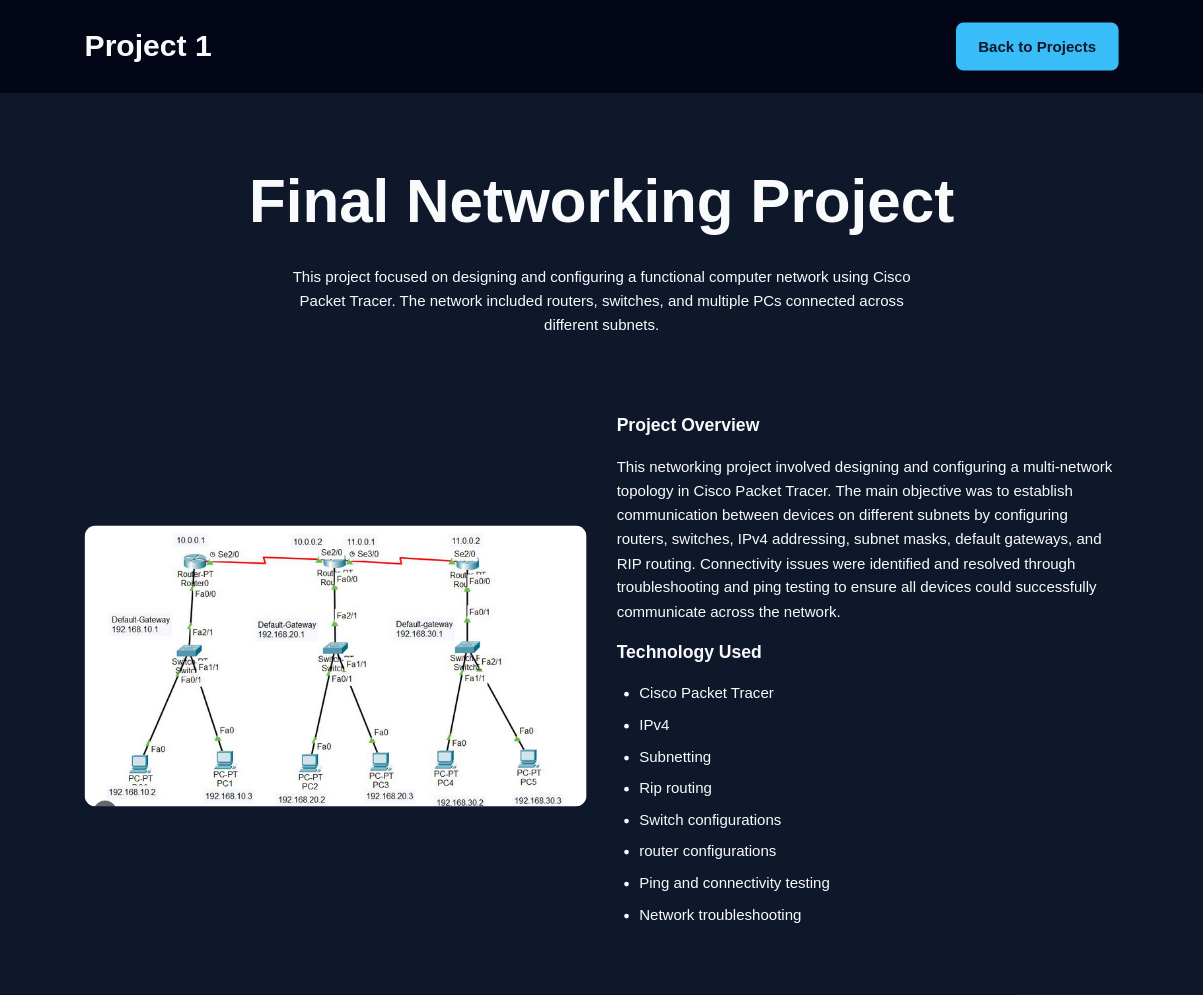
Repository: sergerevkov/Serge_Revkov
Page: pages/project-name-1.html
The author's editor kept a copy of each file at every save. The page is drawn from the files as they stood at one save, then again after the next save.
The browser window is 1280 px wide. The pictures show the whole page, at 94% of full size.

Above is the page before, as saved 2026-05-14 06:37:18.

### pages/project-name-1.html
<html lang="en">
  <head>
    <meta charset="UTF-8" />
    <meta name="viewport" content="width=device-width, initial-scale=1.0" />
    <title>Portfolio Website Project</title>
    <link rel="stylesheet" href="global.css" />
    <link rel="stylesheet" href="index.css" />
  </head>
  <body>
    <header class="header">
      <nav class="nav container">
        <h1 class="logo">Project 1</h1>
        <a href="../index.html" class="btn"> Back to Projects </a>
      </nav>
    </header>
    <main class="container">
      <section class="hero">
        <div class="hero-content">
          <h2>Final Networking Project</h2>

          <p>
            This project focused on designing and configuring a functional
            computer network using Cisco Packet Tracer. The network included
            routers, switches, and multiple PCs connected across different
            subnets.
          </p>
        </div>
      </section>
      <section class="project-layout">
        <img src="networkingpt2.png" alt="Portfolio website full preview" />
        <div>
          <h3>Project Overview</h3>
          <p>
            This networking project involved designing and configuring a
            multi-network topology in Cisco Packet Tracer. The main objective
            was to establish communication between devices on different subnets
            by configuring routers, switches, IPv4 addressing, subnet masks,
            default gateways, and RIP routing. Connectivity issues were
            identified and resolved through troubleshooting and ping testing to
            ensure all devices could successfully communicate across the
            network.
          </p>
          <h3>Technology Used</h3>
          <ul class="tech-list">
            <li>Cisco Packet Tracer</li>
            <li>IPv4</li>
            <li>Subnetting</li>
            <li>Rip routing</li>
            <li>Switch configurations</li>
            <li>router configurations</li>
            <li>Ping and connectivity testing</li>
            <li>Network troubleshooting</li>
          </ul>
        </div>
      </section>
    </main>
  </body>
</html>

### pages/global.css
* {
  margin: 0;
  padding: 0;
  box-sizing: border-box;
}

html {
  scroll-behavior: smooth;
}

body {
  font-family: Arial, Helvetica, sans-serif;
  line-height: 1.6;
  background-color: #0f172a;
  color: #f8fafc;
}

img {
  max-width: 100%;
  display: block;
}

a {
  text-decoration: none;
  color: inherit;
}

.container {
  width: min(1100px, 90%);
  margin: 0 auto;
}

.btn {
  display: inline-block;
  padding: 0.8rem 1.5rem;
  background-color: #38bdf8;
  color: #0f172a;
  border-radius: 8px;
  font-weight: bold;
  transition: 0.3s;
}

.btn:hover,
.btn:focus {
  opacity: 0.9;
}

### pages/index.css
.header {
  background-color: #020617;
  padding: 1.5rem 0;
}

.nav {
  display: flex;
  flex-direction: column;
  align-items: center;
  gap: 1rem;
}

.logo {
  font-size: 2rem;
}

.hero {
  min-height: 40vh;
  display: flex;
  align-items: center;
  justify-content: center;
  text-align: center;
  padding: 4rem 0;
}

.hero-content h2 {
  font-size: 2.5rem;
  margin-bottom: 1rem;
}

.hero-content p {
  max-width: 700px;
  margin: 0 auto;
}

.project-layout {
  display: grid;
  grid-template-columns: 1fr;
  gap: 2rem;
  padding-bottom: 4rem;
}

.project-layout img {
  border-radius: 12px;
}

.project-layout h3 {
  margin-bottom: 1rem;
  margin-top: 1rem;
}

.project-layout p {
  margin-bottom: 1rem;
}

.tech-list {
  padding-left: 1.5rem;
}

.tech-list li {
  margin-bottom: 0.5rem;
}

@media (min-width: 768px) {
  .nav {
    flex-direction: row;
    justify-content: space-between;
  }

  .hero-content h2 {
    font-size: 4rem;
  }

  .project-layout {
    grid-template-columns: repeat(2, 1fr);
    align-items: center;
  }
}

After the next save:
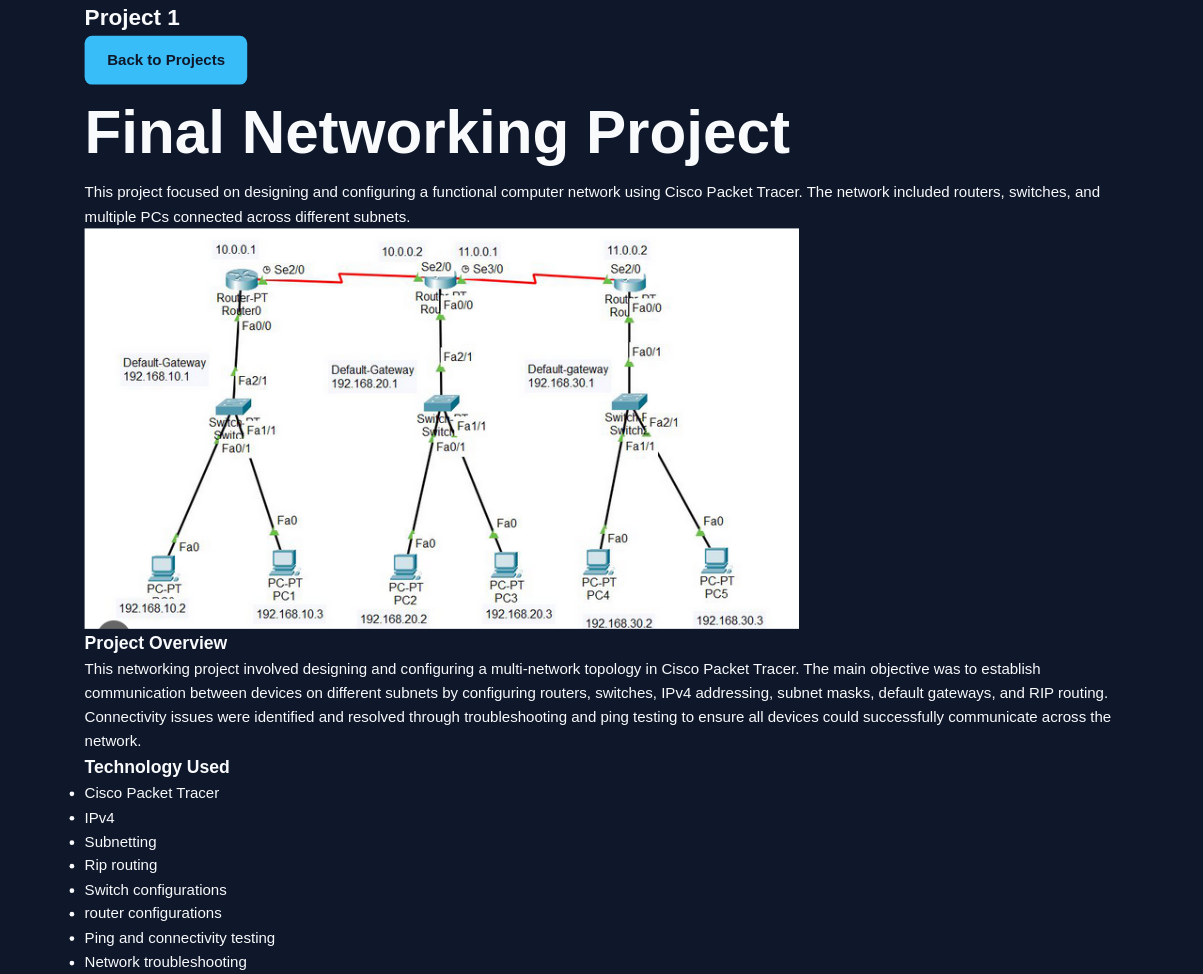
Saved 11 min 26 s later.
--- a/pages/index.css
+++ b/pages/index.css
@@ -1,78 +1,36 @@
-.header {
-  background-color: #020617;
-  padding: 1.5rem 0;
+html {
+  scroll-behavior: smooth;
 }
-
-.nav {
-  display: flex;
-  flex-direction: column;
-  align-items: center;
-  gap: 1rem;
+.btn:focus {
+  opacity: 0.9;
 }
-
-.logo {
-  font-size: 2rem;
-}
-
-.hero {
-  min-height: 40vh;
-  display: flex;
-  align-items: center;
-  justify-content: center;
-  text-align: center;
-  padding: 4rem 0;
-}
-
-.hero-content h2 {
-  font-size: 2.5rem;
-  margin-bottom: 1rem;
-}
-
-.hero-content p {
-  max-width: 700px;
-  margin: 0 auto;
-}
-
-.project-layout {
-  display: grid;
-  grid-template-columns: 1fr;
-  gap: 2rem;
-  padding-bottom: 4rem;
-}
-
-.project-layout img {
-  border-radius: 12px;
-}
-
-.project-layout h3 {
-  margin-bottom: 1rem;
-  margin-top: 1rem;
-}
-
-.project-layout p {
-  margin-bottom: 1rem;
-}
-
-.tech-list {
-  padding-left: 1.5rem;
-}
-
-.tech-list li {
-  margin-bottom: 0.5rem;
-}
-
 @media (min-width: 768px) {
   .nav {
     flex-direction: row;
     justify-content: space-between;
   }
 
-  .hero-content h2 {
-    font-size: 4rem;
-  }
-
   .project-layout {
     grid-template-columns: repeat(2, 1fr);
     align-items: center;
   }
+
+  .hero-content h2 {
+    font-size: 4rem;
+  }
 }
+@media (min-width: 768px) {
+  .nav {
+    flex-direction: row;
+    justify-content: space-between;
+  }
+
+  .projects-grid {
+    grid-template-columns: repeat(2, 1fr);
+  }
+}
+@media (min-width: 1024px) {
+  .projects-grid {
+    grid-template-columns: repeat(3, 1fr);
+  }
+}

After the save that followed:
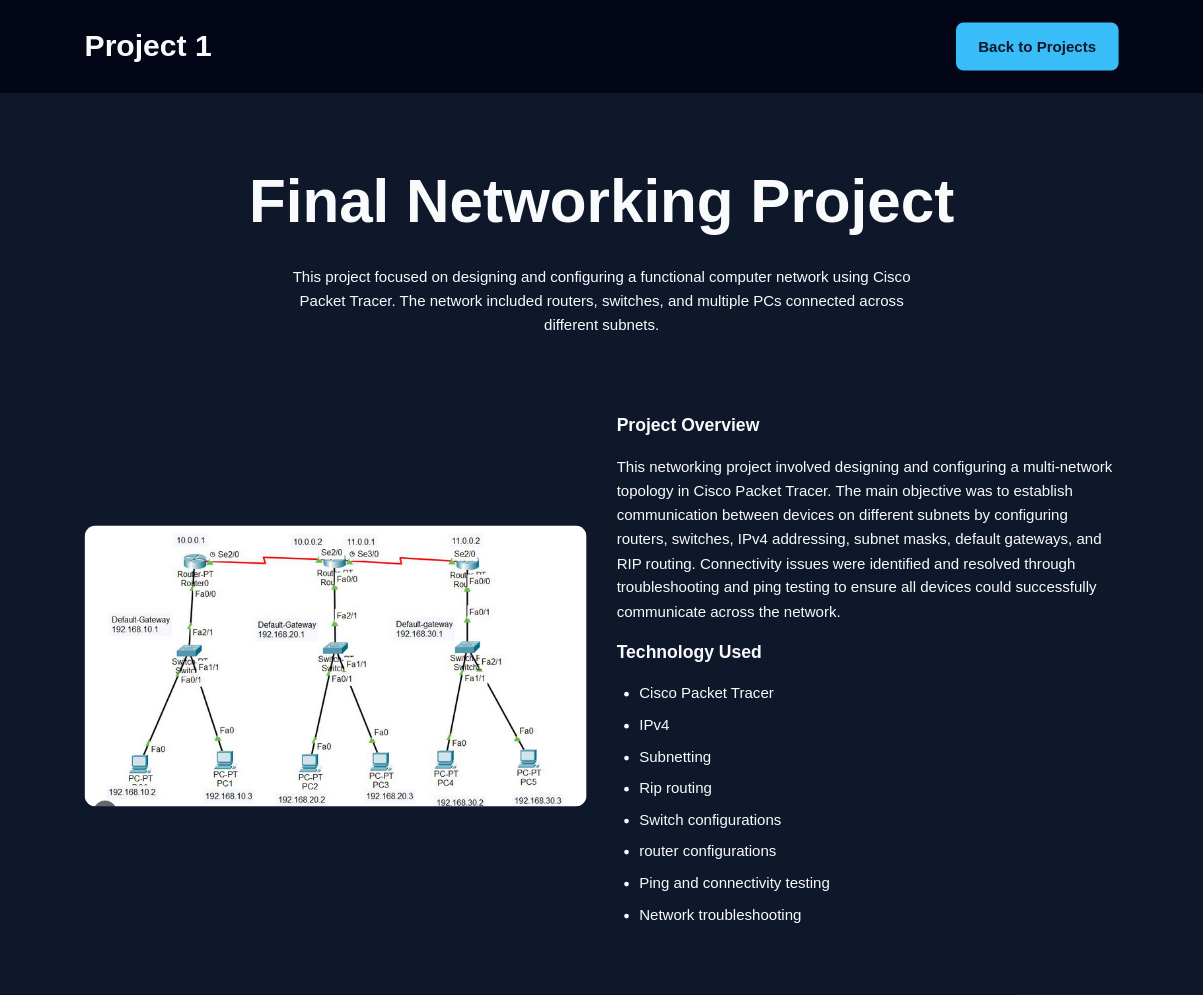
Saved 27 s later.
--- a/pages/global.css
+++ b/pages/global.css
@@ -3,33 +3,24 @@
   padding: 0;
   box-sizing: border-box;
 }
-
-html {
-  scroll-behavior: smooth;
-}
-
 body {
   font-family: Arial, Helvetica, sans-serif;
   line-height: 1.6;
   background-color: #0f172a;
   color: #f8fafc;
 }
-
 img {
   max-width: 100%;
   display: block;
 }
-
 a {
   text-decoration: none;
   color: inherit;
 }
-
 .container {
   width: min(1100px, 90%);
   margin: 0 auto;
 }
-
 .btn {
   display: inline-block;
   padding: 0.8rem 1.5rem;
@@ -39,8 +30,54 @@
   font-weight: bold;
   transition: 0.3s;
 }
-
-.btn:hover,
-.btn:focus {
-  opacity: 0.9;
+.header {
+  background-color: #020617;
+  padding: 1.5rem 0;
 }
+.nav {
+  display: flex;
+  flex-direction: column;
+  align-items: center;
+  gap: 1rem;
+}
+.logo {
+  font-size: 2rem;
+}
+.hero {
+  min-height: 40vh;
+  display: flex;
+  align-items: center;
+  justify-content: center;
+  text-align: center;
+  padding: 4rem 0;
+}
+.hero-content h2 {
+  font-size: 2.5rem;
+  margin-bottom: 1rem;
+}
+.hero-content p {
+  max-width: 700px;
+  margin: 0 auto;
+}
+.project-layout {
+  display: grid;
+  grid-template-columns: 1fr;
+  gap: 2rem;
+  padding-bottom: 4rem;
+}
+.project-layout img {
+  border-radius: 12px;
+}
+.project-layout h3 {
+  margin-bottom: 1rem;
+  margin-top: 1rem;
+}
+.project-layout p {
+  margin-bottom: 1rem;
+}
+.tech-list {
+  padding-left: 1.5rem;
+}
+.tech-list li {
+  margin-bottom: 0.5rem;
+}
